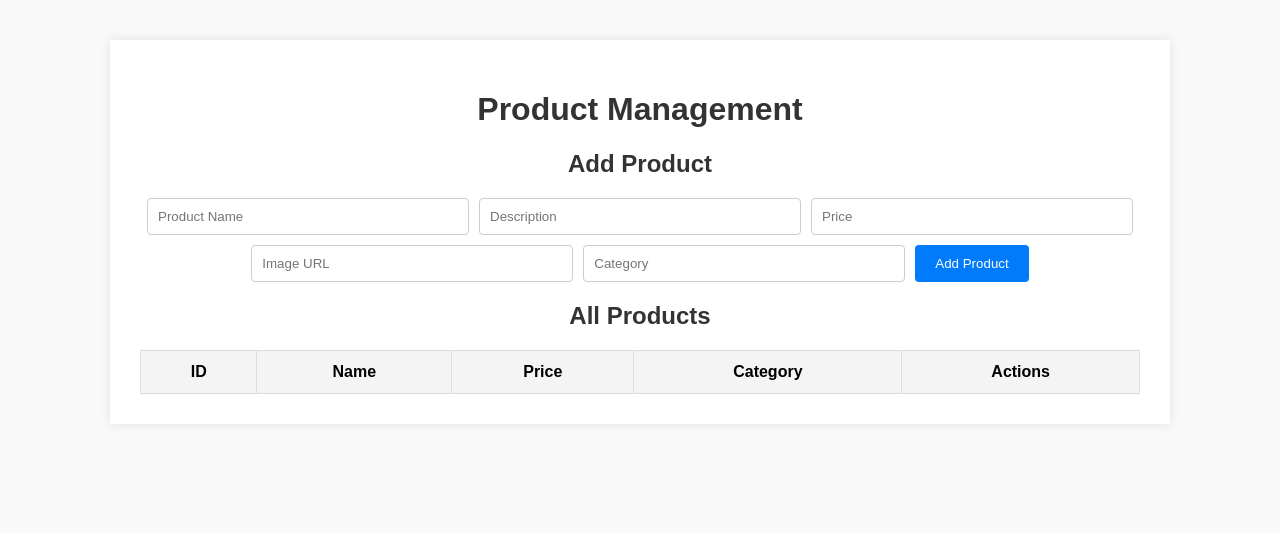
Repository: Pushc/Ecommerce
Page: frontend/admin/products.html
These files come from the project's save history. The page is drawn as it stood at one moment and after the next save; the edit follows.
The browser window is 1280 px wide. The pictures show the whole page.
The page's requests for data from a server got no answer.

Above is the page before, as saved 2025-05-14 22:19:05.

### frontend/admin/products.html
<!DOCTYPE html>
<html lang="en">
<head>
  <meta charset="UTF-8">
   <link rel="icon" href="../images/box.png" type="image/png">
  <title>Manage Products</title>
  <link rel="stylesheet" href="css/products.css">
</head>
<body>
  <div class="container">
    <h1>Product Management</h1>

    <section class="form-section">
      <h2>Add Product</h2>
      <form id="addProductForm">
        <input type="text" id="name" placeholder="Product Name" required />
        <input type="text" id="description" placeholder="Description" required />
        <input type="number" id="price" placeholder="Price" min="0.01" step="0.01" required />
        <input type="text" id="imageUrl" placeholder="Image URL" required />
        <input type="text" id="category" placeholder="Category" required />
        <button type="submit">Add Product</button>
      </form>
    </section>

    <section class="table-section">
      <h2>All Products</h2>
      <table id="productTable">
        <thead>
          <tr>
            <th>ID</th><th>Name</th><th>Price</th><th>Category</th><th>Actions</th>
          </tr>
        </thead>
        <tbody></tbody>
      </table>
    </section>
  </div>

  <script src="js/products.js"></script>
</body>
</html>

### frontend/admin/css/products.css
body {
  font-family: Arial, sans-serif;
  background-color: #f9f9f9;
}

.container {
  max-width: 1000px;
  margin: 40px auto;
  background: white;
  padding: 30px;
  box-shadow: 0 0 10px rgba(0,0,0,0.1);
}

h1, h2 {
  text-align: center;
  color: #333;
}

form {
  display: flex;
  flex-wrap: wrap;
  gap: 10px;
  margin-bottom: 20px;
  justify-content: center;
}

form input {
  padding: 10px;
  width: 30%;
  border: 1px solid #ccc;
  border-radius: 4px;
}

form button {
  padding: 10px 20px;
  background-color: #007bfc;
  color: white;
  border: none;
  border-radius: 4px;
  cursor: pointer;
}

table {
  width: 100%;
  border-collapse: collapse;
}

th, td {
  padding: 12px;
  border: 1px solid #ddd;
  text-align: center;
}

th {
  background-color: #f4f4f4;
}

button.delete-btn {
  background-color: crimson;
  color: white;
  padding: 6px 12px;
  border: none;
  border-radius: 4px;
  cursor: pointer;
}

### frontend/admin/js/products.js
// Run the code after the DOM (HTML) is fully loaded
document.addEventListener("DOMContentLoaded", () => {
  fetchProducts(); // Fetch and display all products when the page loads

  // Attach form submission event to add new product
  const form = document.getElementById("addProductForm");
  form.addEventListener("submit", (e) => {
    e.preventDefault(); // Prevent default page reload
    addProduct(); // Call function to send product to backend
  });
});

// Base URL of your backend API
const API_BASE = "http://localhost:8080";

// Get the JWT token from browser local storage
const token = localStorage.getItem("authToken");

// 🔽 Function to fetch and display all products in table
function fetchProducts() {
  fetch(`${API_BASE}/admin/products`, {
    headers: {
      Authorization: `Bearer ${token}` // Send token to backend for authentication
    }
  })
  .then(res => res.json()) // Parse the response as JSON
  .then(products => {
    const tbody = document.querySelector("#productTable tbody"); // Get <tbody> of table
    tbody.innerHTML = ""; // Clear old table rows

    // Loop through all products returned from backend
    products.forEach(p => {
      const row = document.createElement("tr"); // Create a row for each product

      // Add columns with product data and delete button
      row.innerHTML = `
        <td>${p.id}</td>
        <td>${p.name}</td>
        <td>₹${p.price}</td>
        <td>${p.category}</td>
        <td><button class="delete-btn" onclick="deleteProduct(${p.id})">Delete</button></td>
      `;

      // Add the row to the table body
      tbody.appendChild(row);
    });
  })
  .catch(err => {
    alert("Failed to fetch products."); // Show alert if fetch fails
    console.error(err); // Log error for debugging
  });
}

// ➕ Function to add a new product to backend
function addProduct() {

    const name = document.getElementById("name").value.trim();
    const description = document.getElementById("description").value.trim();
    const price = parseFloat(document.getElementById("price").value);
    const imageUrl = document.getElementById("imageUrl").value.trim();
    const category = document.getElementById("category").value.trim();

    // ✅ Basic validation
    if (!name || !description || !category || isNaN(price) || price <= 0) {
        alert("Please fill in all required fields with valid data.");
        return;
    }
    // Read values from the form fields
    const product = {
        name: document.getElementById("name").value,
        description: document.getElementById("description").value,
        price: parseFloat(document.getElementById("price").value),
        imageUrl: document.getElementById("imageUrl").value,
        category: document.getElementById("category").value
    };

  // Send POST request to backend to create the product
  fetch(`${API_BASE}/admin/products`, {
    method: "POST",
    headers: {
      "Content-Type": "application/json",
      Authorization: `Bearer ${token}` // Auth token for backend security
    },
    body: JSON.stringify(product) // Convert JS object to JSON string
  })
  .then(res => {
    if (!res.ok) throw new Error("Add failed"); // Handle errors
    return res.json(); // Parse successful response
  })
  .then(() => {
    alert("Product added!"); // Notify user
    document.getElementById("addProductForm").reset(); // Clear form
    fetchProducts(); // Refresh product list
  })
  .catch(err => {
    alert("Failed to add product."); // Show error message
    console.error(err); // Log error
  });
}

// ❌ Function to delete a product
function deleteProduct(productId) {
  // Ask for confirmation before deleting
  if (!confirm("Are you sure you want to delete this product?")) return;

  // Send DELETE request to backend with product ID
  fetch(`${API_BASE}/admin/products/${productId}`, {
    method: "DELETE",
    headers: {
      Authorization: `Bearer ${token}` // Auth token
    }
  })
  .then(res => {
    if (!res.ok) throw new Error("Delete failed"); // If backend returns error
    alert("Product deleted."); // Notify user
    fetchProducts(); // Refresh product list
  })
  .catch(err => {
    alert("Failed to delete product."); // Show error message
    console.error(err); // Log error
  });
}

After the next save:
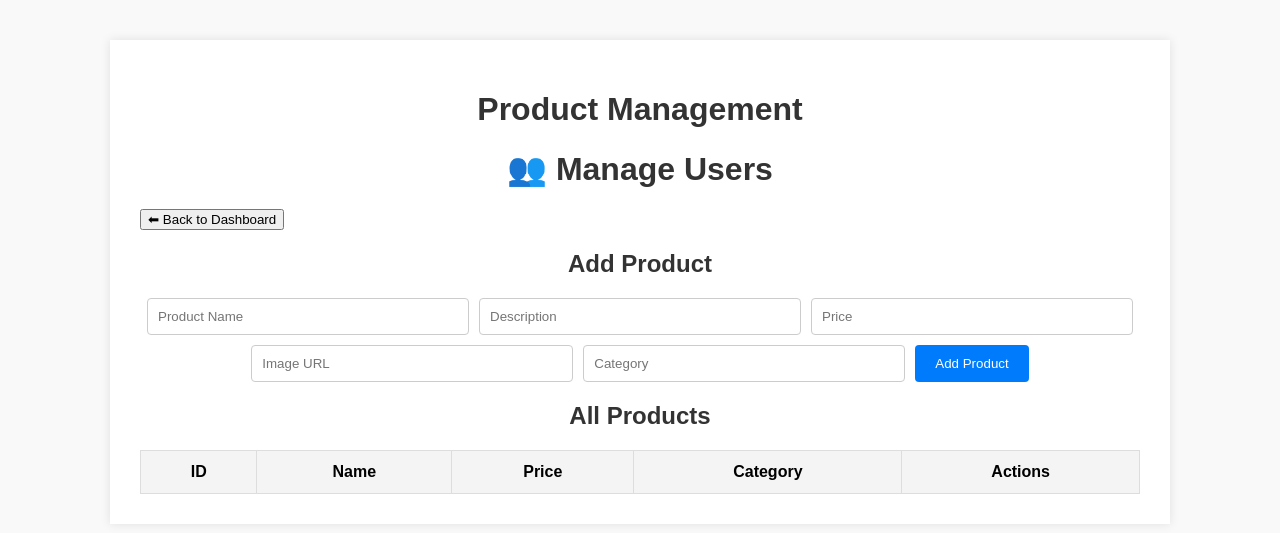
Saved 2 min 53 s later.
--- a/frontend/admin/products.html
+++ b/frontend/admin/products.html
@@ -9,6 +9,8 @@
 <body>
   <div class="container">
     <h1>Product Management</h1>
+      <h1>👥 Manage Users</h1>
+      <button onclick="window.location.href='admin.html'">⬅ Back to Dashboard</button>
 
     <section class="form-section">
       <h2>Add Product</h2>
